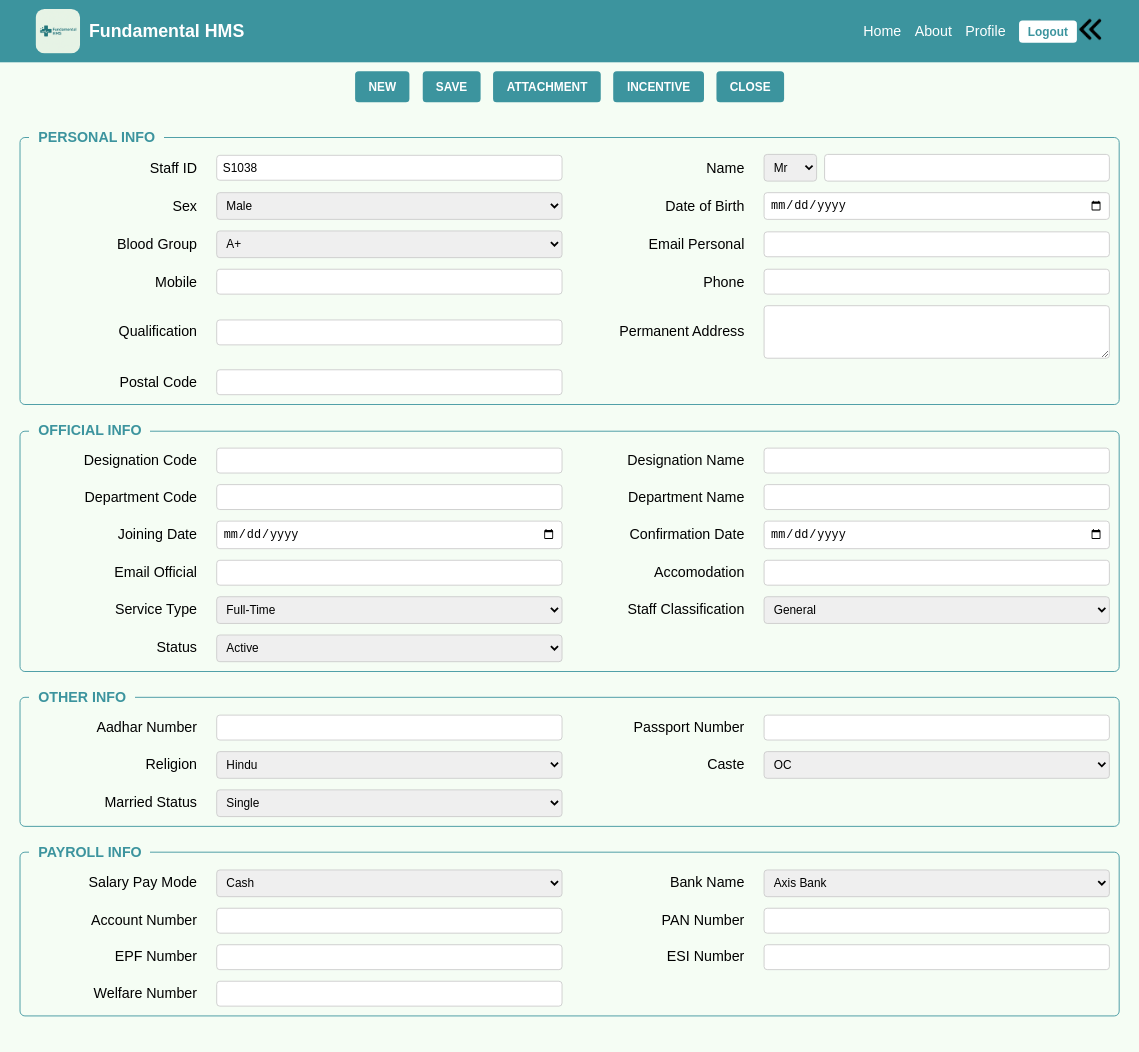
Repository: NAGENDRAN0/New
Page: http://localhost/staff
The author's editor kept a copy of each file at every save. The page is drawn from the files as they stood at one save, then again after the next save.
The browser window is 1280 px wide. The pictures show the whole page, at 89% of full size.
The page is this project's Thymeleaf template; nobody is signed in. The template is opened directly, without the code that normally fills it, so the values that code supplies are empty.

Above is the page before, as saved 2025-05-19 08:15:32.

### Documents/workspace-spring-tool-suite-4-4.25.0.RELEASE/HMS/src/main/resources/templates/staff.html
<!DOCTYPE html>
<html lang="en">
<head>
  <meta charset="UTF-8">
  <title>Fundamental</title>
  	<link rel="icon" type="/image/Logo/png" href="/image/Logo.png" style="border-radius: 8px;">

  <style>
	body {
	  font-family: Arial, sans-serif;
	  background-color: #f5fdf4;
	  margin: 0;
	  padding: 0;
	}
	.grid {
	  grid-template-columns: 1fr 3fr 1fr 3fr; /* more space for input cells */
	}


	.header {
	  padding: 10px;
	  text-align: center;
	}

	.header button {
	  background-color: #3C949E;
	  border: none;
	  padding: 10px 15px;
	  margin: 0 5px;
	  cursor: pointer;
	  font-weight: bold;
	  color: #fff;
	  border-radius: 4px;
	}

	.form-container {
	  padding: 20px;
	}

	fieldset {
	  border: 1px solid #3C949E;
	  margin-bottom: 20px;
	  border-radius: 6px;
	  padding: 10px;
	}

	legend {
	  font-weight: bold;
	  color: #3C949E;
	  padding: 0 10px;
	}

	.grid {
	  display: grid;
	  grid-template-columns: 1fr 2fr 1fr 2fr;
	  gap: 12px 16px;
	  align-items: center;
	}

	label {
	  text-align: right;
	  padding-right: 6px;
	  white-space: nowrap;
	}

	input, select, textarea {
	  width: 100%;
	  padding: 6px;
	  border-radius: 4px;
	  border: 1px solid #ccc;
	  box-sizing: border-box;
	}

	textarea {
	  resize: vertical;
	  min-height: 60px;

	}



	@media (max-width: 900px) {
	  .grid {
	    grid-template-columns: 1fr 1fr;
	  }

	  label {
	    text-align: left;
	  }


	}

  </style>
</head>
<body>
	<!-- Place this inside <body> near the top -->

	<nav style="background-color: #3C949E; padding: 10px;">
	  <div style="display: flex; align-items: center; max-width: 1200px; margin: auto; color: white;">
	    <img src="/image/Logo.png" alt="Logo" style="border-radius: 10px; width: 50px; height: 50px; margin-right: 10px;">
	    <a href="/" style="color: white; font-weight: bold; text-decoration: none; font-size: 1.25rem; flex-grow: 1;">
	      Fundamental HMS
	    </a>
	    <a href="/" style="color: white; margin-right: 15px; text-decoration: none;">Home</a>
	    <a href="/features" style="color: white; margin-right: 15px; text-decoration: none;">About</a>
	    <a href="/contact" style="color: white; margin-right: 15px; text-decoration: none;">Profile</a>
	    <a href="/logout" style="color: white; text-decoration: none;">
	      <button style="background: white; border: none; color: #3C949E; font-weight: bold; padding: 5px 10px; border-radius: 4px; cursor: pointer;">
	        Logout
	      </button>
	    </a>
		<div class="d-flex justify-content-end mb-3">
							  <a href="/" class="btn btn-sm btn-custom"> <img src="/image/back.png" height="30" width="30"/> </a>
							</div>
	  </div>
	</nav>

  <div class="header">
    <button>NEW</button>
    <button>SAVE</button>
    <button>ATTACHMENT</button>
    <button>INCENTIVE</button>
    <button>CLOSE</button>
  </div>

  <form class="form-container">
    <fieldset>
      <legend>PERSONAL INFO</legend>

		<!-- Inside fieldset -->
		<div class="grid">
		  <label>Staff ID</label>
		  <input type="text" name="staffId" value="S1038" readonly>

		  <label>Name</label>
		  <div style="display: flex; gap: 8px;">
		    <select name="prefix" style="flex: 0 0 60px;">
		      <option>Mr</option>
		      <option>Mrs</option>
		      <option>Ms</option>
		    </select>
		    <input type="text" name="name" style="flex: 1;">
		  </div>

		  <label>Sex</label>
		  <select name="sex"><option>Male</option><option>Female</option></select>

		  <label>Date of Birth</label>
		  <input type="date" name="dob">

		  <label>Blood Group</label>
		  <select name="bloodGroup">
		    <option>A+</option>
		    <option>O+</option>
		  </select>

		  <label>Email Personal</label>
		  <input type="email" name="email">

		  <label>Mobile</label>
		  <input type="tel" name="mobile">

		  <label>Phone</label>
		  <input type="tel" name="phone">

		  <label>Qualification</label>
		  <input type="text" name="qualification">

		  <label>Permanent Address</label>
		  <textarea name="permanentAddress" ></textarea>

		  <label>Postal Code</label>
		  <input type="text" name="postalCode">
		</div>
      </div>
    </fieldset>

    <fieldset>
      <legend>OFFICIAL INFO</legend>
      <div class="grid">
        <label>Designation Code</label>
        <input type="text">

        <label>Designation Name</label>
        <input type="text">

        <label>Department Code</label>
        <input type="text">

        <label>Department Name</label>
        <input type="text">

        <label>Joining Date</label>
        <input type="date">

        <label>Confirmation Date</label>
        <input type="date">

        <label>Email Official</label>
        <input type="email">

        <label>Accomodation</label>
        <input type="text">

        <label>Service Type</label>
        <select><option>Full-Time</option></select>

        <label>Staff Classification</label>
        <select><option>General</option></select>

        <label>Status</label>
        <select><option>Active</option></select>
      </div>
    </fieldset>

    <fieldset>
      <legend>OTHER INFO</legend>
      <div class="grid">
        <label>Aadhar Number</label>
        <input type="text">

        <label>Passport Number</label>
        <input type="text">

        <label>Religion</label>
        <select><option>Hindu</option></select>

        <label>Caste</label>
        <select><option>OC</option><option>BC</option></select>

        <label>Married Status</label>
        <select><option>Single</option><option>Married</option></select>
      </div>
    </fieldset>

    <fieldset>
      <legend>PAYROLL INFO</legend>
      <div class="grid">
        <label>Salary Pay Mode</label>
        <select><option>Cash</option><option>Bank</option></select>

        <label>Bank Name</label>
        <select><option>Axis Bank</option></select>

        <label>Account Number</label>
        <input type="text">

        <label>PAN Number</label>
        <input type="text">

        <label>EPF Number</label>
        <input type="text">

        <label>ESI Number</label>
        <input type="text">

        <label>Welfare Number</label>
        <input type="text">
      </div>
    </fieldset>
  </form>
</body>
</html>

After the next save:
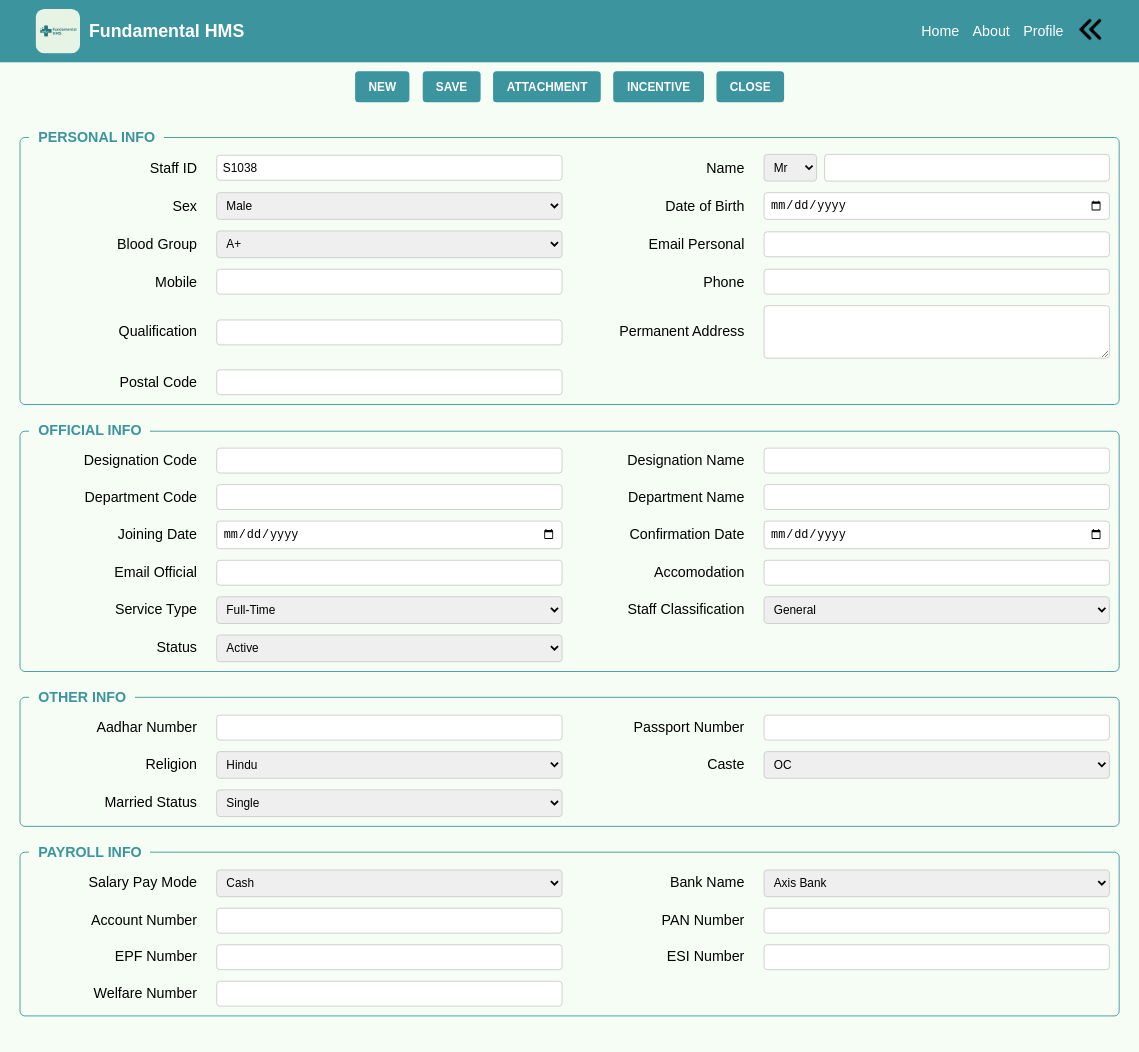
Saved 24 s later.
--- a/Documents/workspace-spring-tool-suite-4-4.25.0.RELEASE/HMS/src/main/resources/templates/staff.html
+++ b/Documents/workspace-spring-tool-suite-4-4.25.0.RELEASE/HMS/src/main/resources/templates/staff.html
@@ -105,11 +105,7 @@
 	    <a href="/" style="color: white; margin-right: 15px; text-decoration: none;">Home</a>
 	    <a href="/features" style="color: white; margin-right: 15px; text-decoration: none;">About</a>
 	    <a href="/contact" style="color: white; margin-right: 15px; text-decoration: none;">Profile</a>
-	    <a href="/logout" style="color: white; text-decoration: none;">
-	      <button style="background: white; border: none; color: #3C949E; font-weight: bold; padding: 5px 10px; border-radius: 4px; cursor: pointer;">
-	        Logout
-	      </button>
-	    </a>
+
 		<div class="d-flex justify-content-end mb-3">
 							  <a href="/" class="btn btn-sm btn-custom"> <img src="/image/back.png" height="30" width="30"/> </a>
 							</div>
